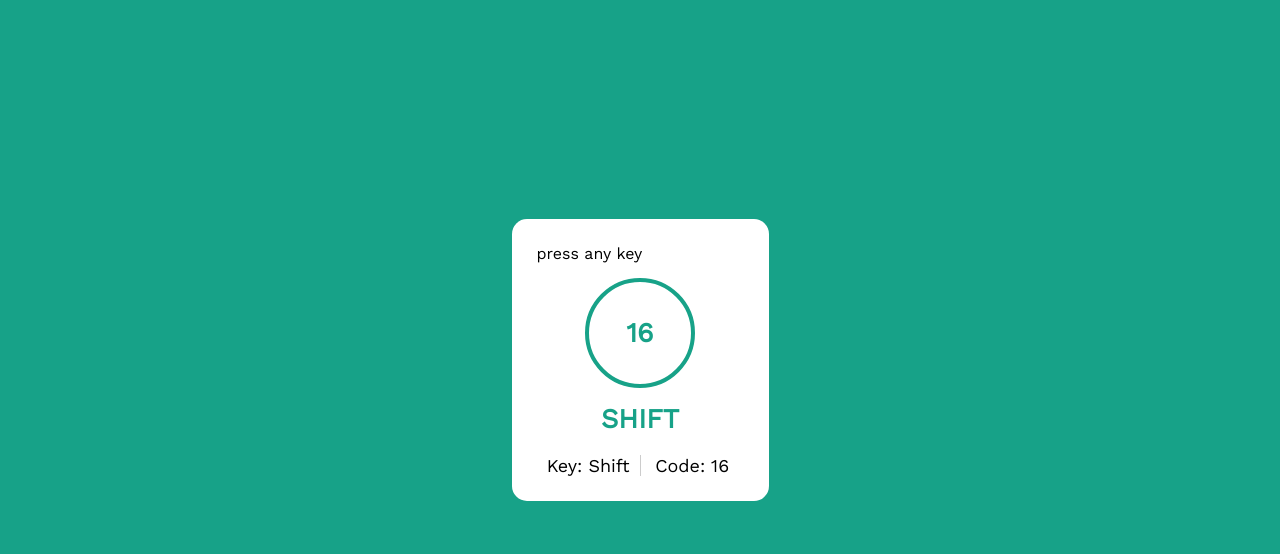
Repository: youssef168/Key-Detection
Page: index.htm
An editor plug-in stored every save of this project. The page is shown before and after the next save, followed by the edit.
The browser window is 1280 px wide. The pictures show the whole page.

Above is the page before, as saved 2021-12-17 13:20:10.

### index.htm
<!DOCTYPE html>
<html lang="en">
<head>
    <meta charset="UTF-8">
    <meta http-equiv="X-UA-Compatible" content="IE=edge">
    <meta name="viewport" content="width=device-width, initial-scale=1.0">
    <link rel="stylesheet" href="./style.css">
    <title>Key Detection</title>
</head>
<body>
    <div class="box">
        <p class="text">press any key</p>
        <div class="content">
            <div class="key-code">16</div>
            <div class="key-name">SHIFT</div>
            <div class="details">
                <p class="key">Key: <span>Shift</span></p>
                <p class="code">Code: <span>16</span></p>
            </div>
        </div>
    </div>

    <script src="./script.js"></script>
</body>
</html>

### style.css
@import url("https://fonts.googleapis.com/css2?family=Work+Sans:ital,wght@0,300;0,400;1,400;1,500&display=swap");

* {
  font-family: "Work Sans", sans-serif;
  box-sizing: border-box;
  padding: 0;
  margin: 0;
}

ul li {
  list-style: none;
}

body {
    display: flex;
    justify-content: center;
    align-items: center;
    min-height: 100vh;
    margin: auto;
    background-color: #17A288;
}

.box {
    background: #fff;
    padding: 25px;
    width: 257px;
    border-radius: 15px;
}

.content, .key-code, .details {
    display: flex;
    align-items: center;
    justify-content: center;
}

.box .content {
    flex-direction: column;
}
.key-code {
    border: 4px solid #17A288;
    border-radius: 50%;
    width: 110px;
    height: 110px;
    font-size: 27px;
}

.key-code, .key-name {
    font-size: 27px;
    font-weight:bold;
    color: #17A288;
    margin-top: 15px;
}

.details {
    width: 100%;
    justify-content: space-between;
    margin-top: 20px;
}

.details p {
    font-size: 18px;
    width: 100%;
    text-align: center;
}

.details p:last-child {
    border-left: 1px solid #ccc;
}

Loaded but not shown: script.js (no stored copy; drawn as an empty file)

After the next save:
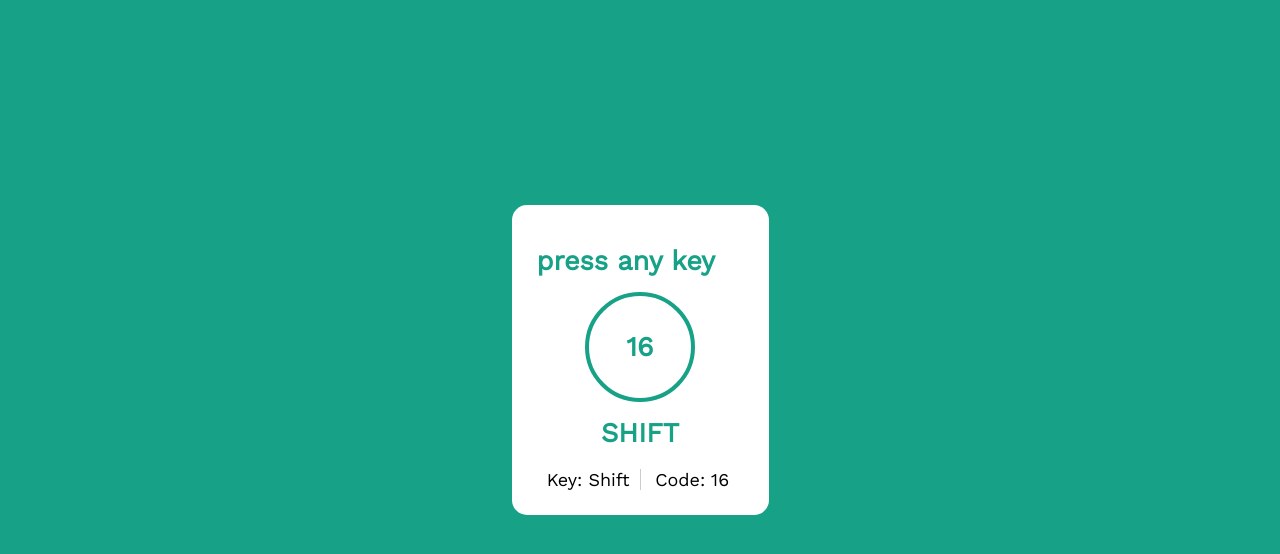
Saved 21 s later.
--- a/style.css
+++ b/style.css
@@ -44,7 +44,7 @@ body {
     font-size: 27px;
 }
 
-.key-code, .key-name {
+.text ,.key-code, .key-name {
     font-size: 27px;
     font-weight:bold;
     color: #17A288;
